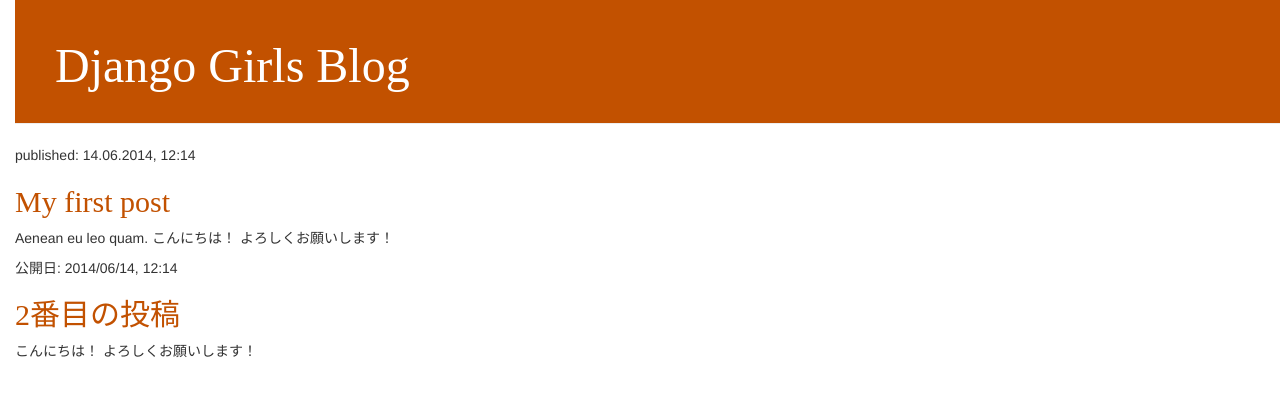
Repository: yoku-094/practice_python
Page: http://localhost/
The author's editor kept a copy of each file at every save. The page is drawn from the files as they stood at one save, then again after the next save.
The browser window is 1280 px wide. The pictures show the whole page.
Some web libraries are served in a nearby version. The page is served by the project's application, run on Django 3.2 (manage.py). Queries for data that is not in the repository find no rows.

Above is the page before, as saved 2022-08-30 12:42:22.

After the next save:
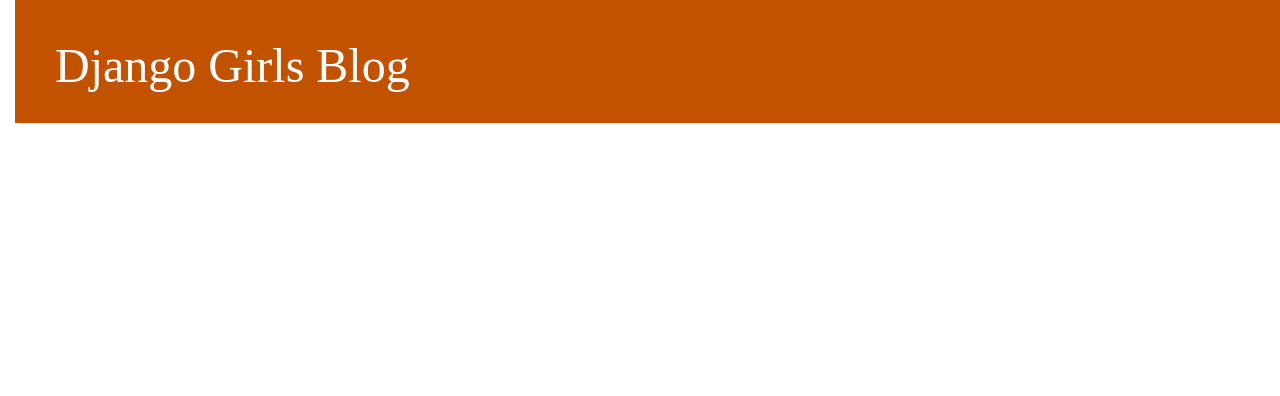
Saved 34 s later.
--- a/blog/templates/blog/post_list.html
+++ b/blog/templates/blog/post_list.html
@@ -32,17 +32,5 @@
         </div>
       </div>
     </div>
-
-    <div>
-      <p>published: 14.06.2014, 12:14</p>
-      <h2><a href="">My first post</a></h2>
-      <p>Aenean eu leo quam. こんにちは！ よろしくお願いします！</p>
-    </div>
-
-    <div>
-      <p>公開日: 2014/06/14, 12:14</p>
-      <h2><a href="">2番目の投稿</a></h2>
-      <p>こんにちは！ よろしくお願いします！</p>
-    </div>
   </body>
 </html>
